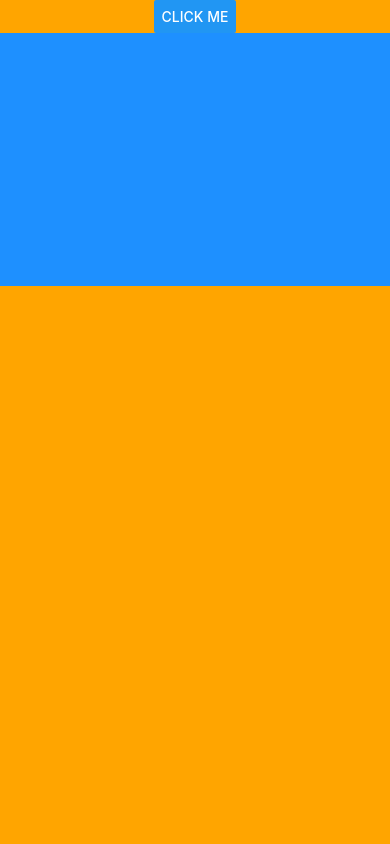
Repository: Callum-Worrall/react-native-test-app
Page: /
These files come from the project's save history. The page is drawn as it stood at one moment and after the next save; the edit follows.
The browser window is 390 px wide. The pictures show the whole page.
The app was drawn by React Native's web renderer in a window 390 px wide. The project was rebuilt for these pictures with package versions that can differ from the ones it lists, and the page was loaded fresh each time.

Above is the page before, as saved 2022-02-17 13:06:53.

After the next save:
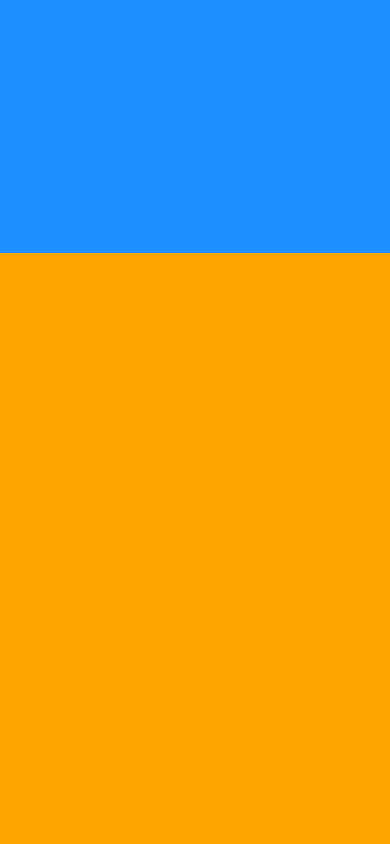
Saved 6 s later.
--- a/App.js
+++ b/App.js
@@ -18,7 +18,7 @@ export default function App() {
   return (
     <SafeAreaView style={[styles.container, containerStyle]}>
     {/* <SafeAreaView style={styles.container}> */}
-      <Button title="Click Me" onPress={() => console.log("Clicked!")} />
+      {/* <Button title="Click Me" onPress={() => console.log("Clicked!")} /> */}
 
       <View style={{
         backgroundColor: 'dodgerblue',
